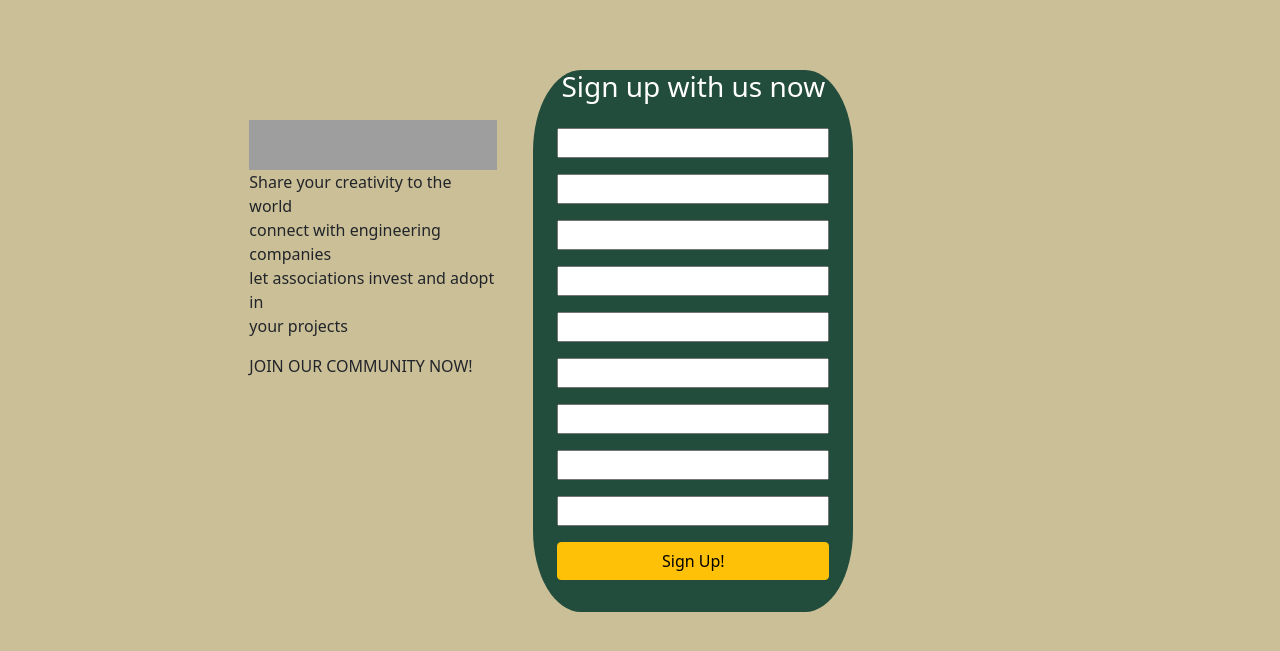
Repository: ahmadjamal-1997/Project-Taqadam
Page: http://localhost/Taqadam/WEB-INF/registrationstudent.jsp
An editor plug-in stored every save of this project. The page is shown before and after the next save, followed by the edit.
The browser window is 1280 px wide. The pictures show the whole page.
Pictures or frames that could not be fetched are drawn as grey boxes. The page is served by Tomcat 9. Nobody is signed in. Other server files are loaded and not shown. The template is opened directly, without the code that normally fills it, so the values that code supplies are empty.

Above is the page before, as saved 2022-03-31 08:31:46.

### Taqadam-new/Taqadam-java/Taqadam-new/Taqadam/src/main/webapp/WEB-INF/registrationstudent.jsp
<%@ page language="java" contentType="text/html; charset=UTF-8"
    pageEncoding="UTF-8"%>
<%@ taglib prefix="c" uri="http://java.sun.com/jsp/jstl/core" %>
<%@ taglib prefix="form" uri="http://www.springframework.org/tags/form" %>
<%@ page isErrorPage="true" %>
<!DOCTYPE html PUBLIC "-//W3C//DTD HTML 4.01 Transitional//EN" "http://www.w3.org/TR/html4/loose.dtd">
<html>
<head>
<meta http-equiv="Content-Type" content="text/html; charset=UTF-8">
<title>Registration Page</title>
<link href="https://cdn.jsdelivr.net/npm/bootstrap@5.1.3/dist/css/bootstrap.min.css" rel="stylesheet" integrity="sha384-1BmE4kWBq78iYhFldvKuhfTAU6auU8tT94WrHftjDbrCEXSU1oBoqyl2QvZ6jIW3" crossorigin="anonymous">
<style>
        img{
            max-height: 50px;
        }
        .form{
            border-radius: 15%;
             display: flex;
             flex-direction: column;

             align-items: center;
             background-color: #224c3c;
        }
        .par{
        display:flex;
        justify-content:space-between;
        }
    </style>
</head>
<body>
   <body style="background-color: #cbbf98;">
    <div class="container-fluid" >
        <div class="row" style="height: 70px;">
        </div>
        <div class="row">
            <div class="col-2"></div>
            <div class="col-3">
            <div class="container">
            <div class="row" style="height:50px;">
            </div>
            	<div class="row">
                <img src="/photo/taqdam-01.png" alt="logo">
                </div>
                <p class="par">Share your creativity to the world<br>connect with engineering companies<br>
                let associations invest and adopt in<br>your projects</p>
                <p class="par">JOIN OUR COMMUNITY NOW!</p>
                <p><i class="bi bi-github"></i></p>
            </div>
            </div>
            <div class="col-3 form">
                    <h3 style="color: white;">Sign up with us now</h3>

                <div class="container">
                <form:form method="POST" action="/registration/student" modelAttribute="user">
                    <p><form:errors path="user.*"/></p>

                    <div class="row mb-3">

                            <form:input palceholder="First Name" path="firstName"/>

                    </div>
                    <div class="row mb-3">

                            <form:input palceholder="Last Name" path="lastName"/>

                    </div>
                    <div class="row mb-3">

                            <form:input palceholder="Email" path="email"/>

                    </div>
                    <div class="row mb-3">

                            <form:input palceholder="phone" path="phone"/>

                    </div>
                    <div class="row mb-3">

                       <form:input palceholder="university" path="university"/>

                    </div>
                    <div class="row mb-3">

                        <form:input palceholder="field" path="field"/>

                    </div>
                    <div class="row mb-3">

                         <form:input palceholder="bio" path="bio"/>

                    </div>
                    <div class="row mb-3">

                         <form:input palceholder="password" path="password"/>

                    </div>
                    <div class="row mb-3">

                         <form:input palceholder="confirm" path="confirm"/>

                    </div>
                    <div class="row mb-3">
                    <input type="submit" class="btn btn-warning mb-3" value="Sign Up!"/>
                    </div>
                    </div>
                </form:form>
            </div>
        </div>
    </div>
</body>
</html>

After the next save:
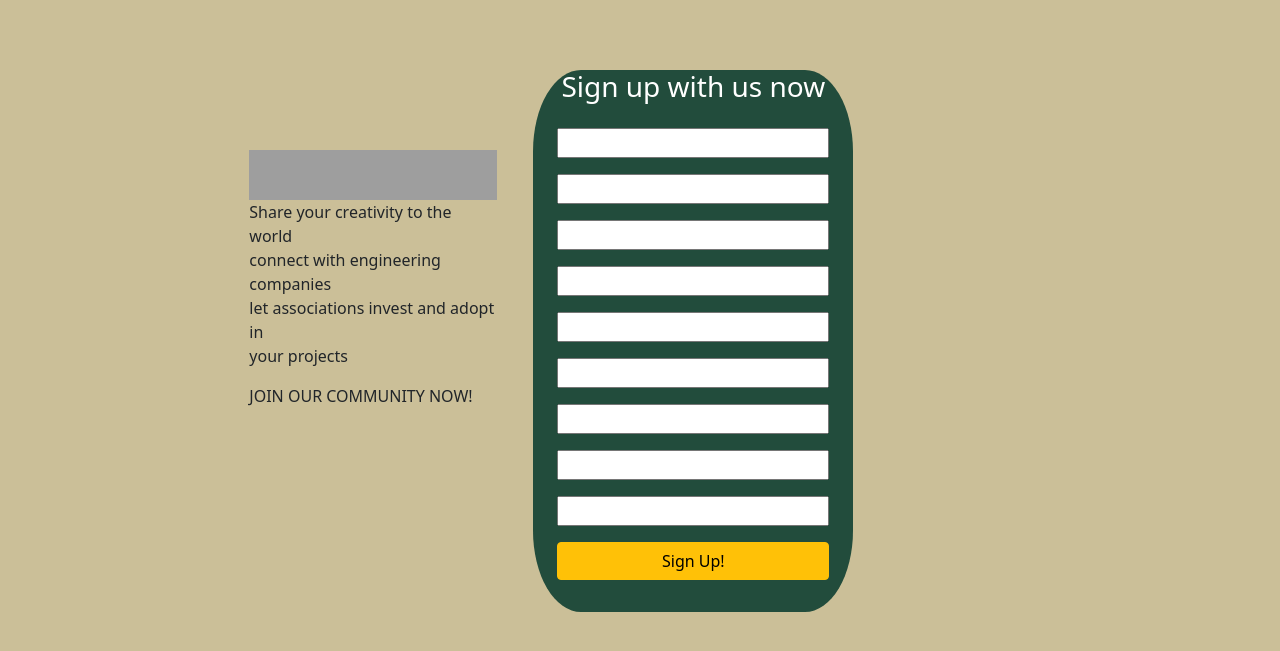
Saved 26 s later.
--- a/Taqadam-new/Taqadam-java/Taqadam-new/Taqadam/src/main/webapp/WEB-INF/registrationstudent.jsp
+++ b/Taqadam-new/Taqadam-java/Taqadam-new/Taqadam/src/main/webapp/WEB-INF/registrationstudent.jsp
@@ -36,7 +36,7 @@
             <div class="col-2"></div>
             <div class="col-3">
             <div class="container">
-            <div class="row" style="height:50px;">
+            <div class="row" style="height:80px;">
             </div>
             	<div class="row">
                 <img src="/photo/taqdam-01.png" alt="logo">
